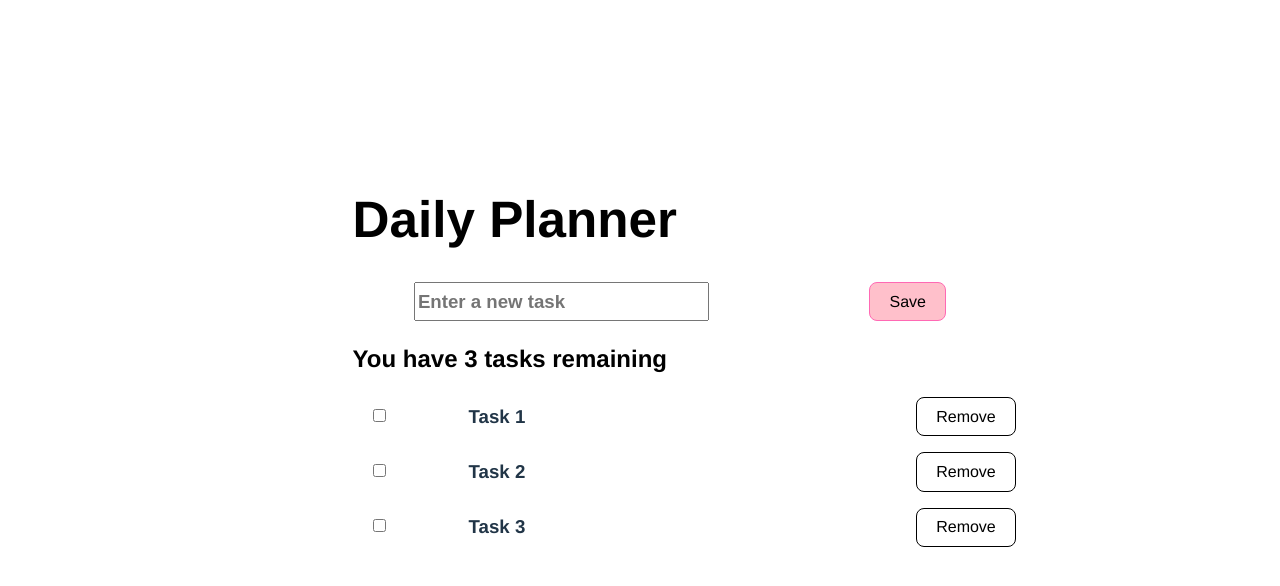
Repository: MonicaNguyenH/Frontend_Assignment6
Page: / (app in react/)
The author's editor kept a copy of each file at every save. The page is drawn from the files as they stood at one save, then again after the next save.
The browser window is 1280 px wide. The pictures show the whole page.
The project was rebuilt for these pictures with package versions that can differ from the ones it lists, and the page was loaded fresh each time. Also part of the build but not shown: react/vite.config.js.

Above is the page before, as saved 2024-10-11 01:03:31.

After the next save:
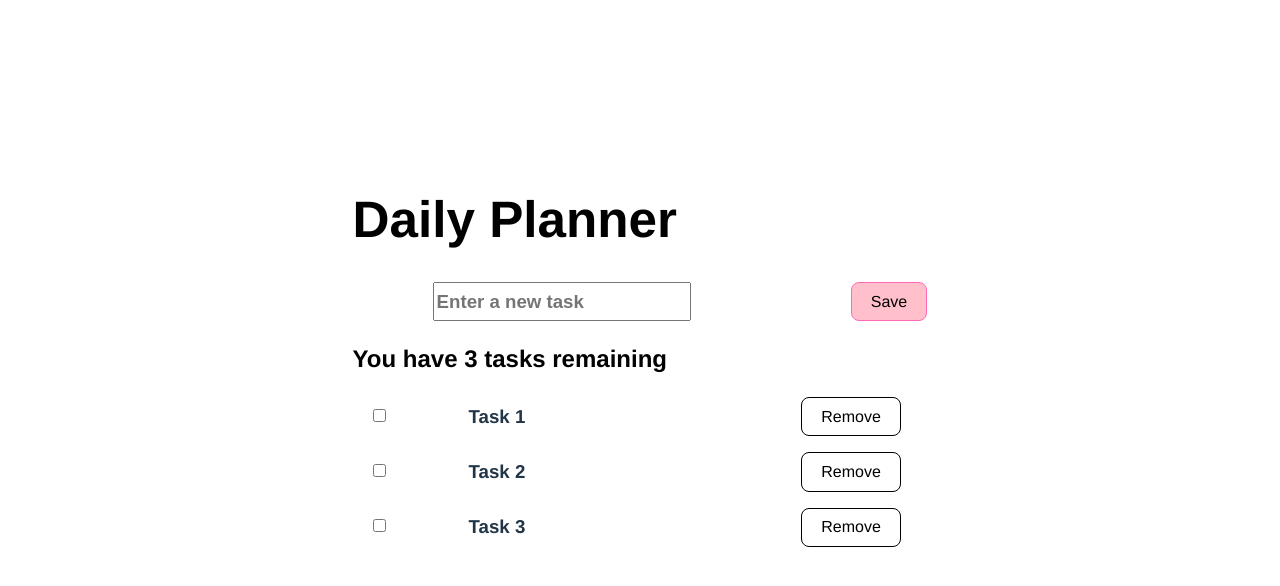
Saved 17 s later.
--- a/react/src/App.css
+++ b/react/src/App.css
@@ -63,7 +63,7 @@
   font-weight: bold;
   font-size: 14pt;
   text-align: left;
-  min-width: 50%;
+  min-width: 30%;
 }
 
 .task-delete {
